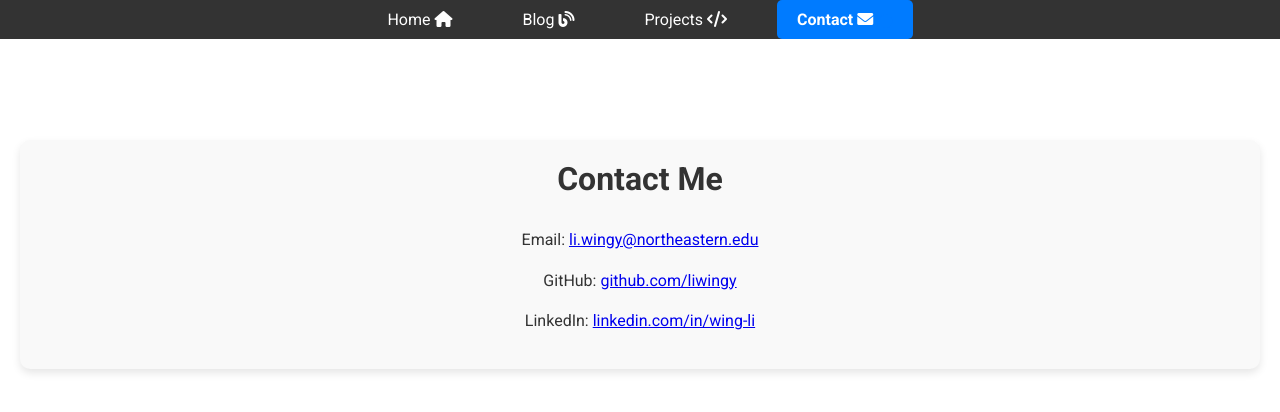
Repository: liwingy/cs5610_fall24_project1
Page: contact.html
The author's editor kept a copy of each file at every save. The page is drawn from the files as they stood at one save, then again after the next save.
The browser window is 1280 px wide. The pictures show the whole page.

Above is the page before, as saved 2024-10-07 21:19:36.

### contact.html
<!DOCTYPE html>
<html lang="en">
<head>
    <meta charset="UTF-8">
    <meta name="viewport" content="width=device-width, initial-scale=1.0">
    <title>Wing Yee Li | Contact</title>
    <link rel="stylesheet" href="style.css">
    <link rel="icon" href="./sources/favicon.ico" type="image/x-icon">
    <link rel="stylesheet" href="https://cdnjs.cloudflare.com/ajax/libs/font-awesome/6.0.0-beta3/css/all.min.css">
</head>
<body>
    <nav>
        <ul>
            <li><a href="homepage.html">Home <i class="fas fa-home"></i></a></li>
            <li><a href="blog.html">Blog <i class="fas fa-blog"></i></a></li>
            <li><a href="projects.html">Projects <i class="fas fa-code"></i></a></li>
            <li><a href="contact.html" class="active">Contact <i class="fas fa-envelope"></i></a></li>
        </ul>
    </nav>
    <main>
        <section class="contact">
            <div class="grids">
                <div class="blog-item">
                <h2>Contact Me</h2>
            <br>
                <p>Email: <a href="mailto:li.wingy@northeastern.edu">li.wingy@northeastern.edu</a></p>
                <p>GitHub: <a href="https://github.com/liwingy" target="_blank">github.com/liwingy</a></p>
                <p>LinkedIn: <a href="https://linkedin.com/in/wing-li" target="_blank">linkedin.com/in/wing-li</a></p>
            </div>
        </section>
    </main>
</body>
</html>

### style.css
@import url('https://fonts.googleapis.com/css2?family=Roboto:wght@400;700&display=swap');

* {
    margin: 0;
    padding: 0;
    box-sizing: border-box;
    font-family: 'Roboto', sans-serif;
}

body, html {
    height: 100%;
    margin: 0;
}

body {
    background-color: rgb(255, 255, 255);
    color: #333;
    display: flex;
    flex-direction: column;   /* Stack the content vertically */
    height: 100vh;            /* Make sure the body takes up the full viewport height */
}

main {
    display: flex;
    justify-content: center;
    align-items: center;
    flex-direction: column;
    height: auto;
    margin-top: 80px;
    padding-top: 20px;
}

header {
    text-align: center;
}

.blog, .projects, .contact, .about-me {
    margin-top: 20px;
    padding: 20px;
    width: 100%;
    margin-bottom: 40px; /* Add space between sections */
    text-align: center;
}

.about-me h3:before {
    content: "⚡ "; /* Add an icon or symbol before each section */
    font-size: 1.5rem;
    color: #007BFF;
    margin-right: 5px;
}

.highlight {
    font-weight: bold;
    color: black; /* Highlight the text in a different color */
}

ul {
    list-style-type: disc;
    list-style-position: inside; /* Ensures the bullet points are aligned with the text */
    padding-left: 0; /* Removes extra left padding on the list */
    padding-left: 20px; /* Add some padding to ensure bullets are positioned properly */
}

li {
    margin-left: 0; /* Adds a little space between the bullet and text */
}


nav {
    width: 100%;              /* Full width navigation bar */
    background-color: #333;    /* Background color for the navbar */
    position: fixed;          /* Keep the navbar fixed at the top */
    top: 0;
    left: 0;
    padding: 10px 0;          /* Add some padding for spacing */
    z-index: 1;               /* Ensure the navbar stays above other content */
}

nav ul {
    list-style: none;
    display: flex;            /* Display the list items in a row */
    justify-content: center;  /* Center the list items horizontally */
    margin: 0;
    padding: 0;
}

nav ul li {
    margin: 0 15px;           /* Space between each nav item */
}

nav ul li a {
    color: #fff;
    text-decoration: none;
    padding: 10px 20px;       /* Add padding around each link */
    transition: background-color 0.3s;
}

nav ul li a:hover {
    border-bottom: 2px solid #007BFF;
    font-size: 1.05em;
    color: #007BFF;
    transition: all 0.3s ease-in-out;
}

.active {
    background-color: #007BFF;
    font-weight: bold;
    border-radius: 5px;
    padding: 10px 20px;
}

nav ul li a.active::after {
    content: "⬤";
    color: #007BFF;
    font-size: 0.8rem;
    margin-left: 5px;
    vertical-align: middle;
}

h1 {
    font-size: 2.5rem;
    margin-top: 60px;        /* Add space from the navbar */
}

h2 {
    font-size: 2rem;
    margin-bottom: 10px;
}

h1, h2, h3 {
    font-weight: 700; /* Make headings bold */
}

p {
    line-height: 1.6; /* Improve readability */
    margin-bottom: 15px; /* Add space between paragraphs */
}

.grid {
    display: grid;
    grid-template-columns: repeat(auto-fit, minmax(250px, 1fr)); /* Auto-fit for responsiveness */
    gap: 20px; /* Space between grid items */
    margin-top: 20px;
}

.blog-item {
    padding: 20px;
    border-radius: 10px;
    box-shadow: 0 4px 8px rgba(0, 0, 0, 0.1);
    background-color: #f9f9f9;
}

.blog-item h3:before {
    content: "💕";
    color: #007BFF;
    font-size: 1.5rem;
    margin-right: 5px;
}

.blog img {
    display: block;        /* Ensures the image is a block element, so it stays on its own line */
    margin-top: 10px;      /* Adds space between text and image */
    margin-bottom: 20px;   /* Adds space after the image */
    max-width: 300px;      /* Adjust the size to fit nicely within the content */
    width: 100%;
    height: auto;
    border-radius: 10px;   /* Optional: add rounded corners to images */
}

/* Blog-specific ul styling */
.blog ul {
    list-style-type: none;  /* Removes the bullet points */
    padding-left: 0; /* Ensure no extra padding is added here */
    margin-left: 0; /* Remove any additional margins */
}

/* Blog-specific li styling */
.blog li {
    padding-left: 0;  /* Ensures no extra padding between bullet and text */
    margin-left: 0; /* No margin needed */
}

.project-item {
    padding: 20px;
    border-radius: 10px;
    box-shadow: 0 4px 8px rgba(0, 0, 0, 0.1);
    background-color: #f9f9f9;
}

.project-item h3:before {
    content: "🚀 ";
    color: #007BFF;
    font-size: 1.5rem;
    margin-right: 5px;
}

.centered-video,
.pics {
    max-width: 300px;
    width: 100%;
    height: auto;
    display: block;
    margin: 20px auto;
    border-radius: 10px;
    box-shadow: 0 4px 8px rgba(0, 0, 0, 0.2); /* Add a shadow */
    transition: transform 0.3s ease-in-out, box-shadow 0.3s ease-in-out;
}

.centered-video:hover,
.pics:hover {
    transform: scale(1.05); /* Slightly enlarge the image on hover */
    box-shadow: 0 6px 12px rgba(0, 0, 0, 0.3); /* Increase shadow on hover */
}

/* Responsive design */
@media screen and (max-width: 768px) {
    nav ul {
        flex-direction: column;  /* Stack the navbar links vertically on small screens */
        align-items: center;
    }

    nav ul li {
        margin: 10px 0;          /* Space out vertically in mobile view */
    }

    h1 {
        font-size: 1.8rem;
        margin-top: 100px;       /* Adjust spacing on small screens */
    }
}

/* Custom scrollbar */
::-webkit-scrollbar {
    width: 8px;
}

::-webkit-scrollbar-track {
    background: #f1f1f1;
}

::-webkit-scrollbar-thumb {
    background-color: #333; /* Match scrollbar with active link color */
    border-radius: 10px;
}

After the next save:
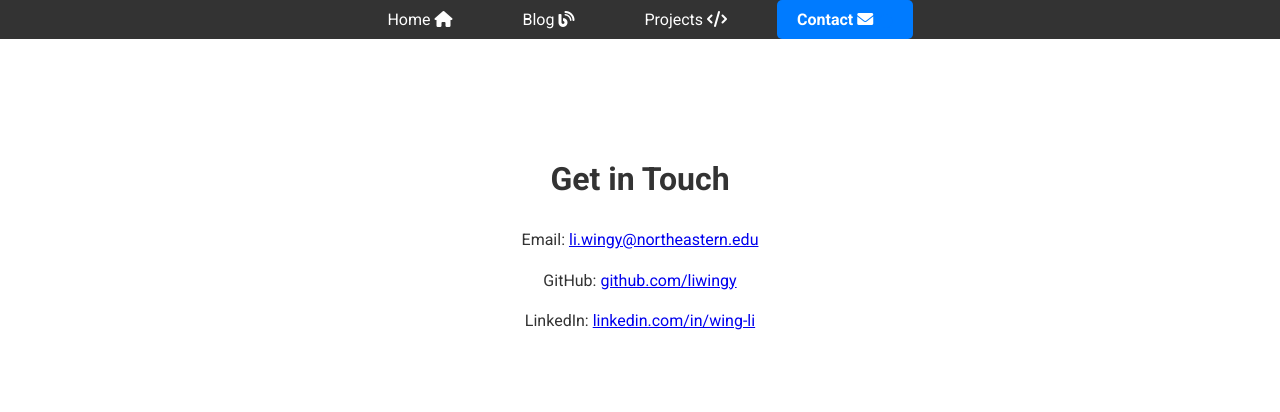
Saved 73 s later.
--- a/contact.html
+++ b/contact.html
@@ -19,13 +19,14 @@
     </nav>
     <main>
         <section class="contact">
-            <div class="grids">
-                <div class="blog-item">
-                <h2>Contact Me</h2>
-            <br>
-                <p>Email: <a href="mailto:li.wingy@northeastern.edu">li.wingy@northeastern.edu</a></p>
-                <p>GitHub: <a href="https://github.com/liwingy" target="_blank">github.com/liwingy</a></p>
-                <p>LinkedIn: <a href="https://linkedin.com/in/wing-li" target="_blank">linkedin.com/in/wing-li</a></p>
+            <div class="grid">
+                <div class="contact-item">
+                    <h2>Get in Touch</h2>
+                    <br>
+                    <p>Email: <a href="mailto:li.wingy@northeastern.edu">li.wingy@northeastern.edu</a></p>
+                    <p>GitHub: <a href="https://github.com/liwingy" target="_blank">github.com/liwingy</a></p>
+                    <p>LinkedIn: <a href="https://linkedin.com/in/wing-li" target="_blank">linkedin.com/in/wing-li</a></p>
+                </div>
             </div>
         </section>
     </main>
